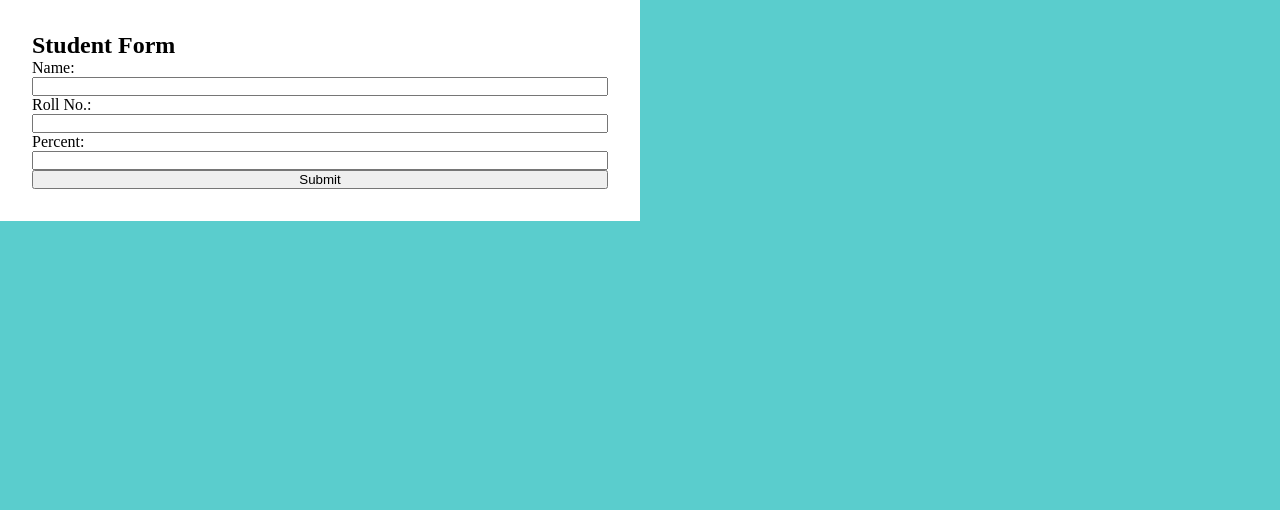
Repository: deeptimahisare1206/Todo_List
Page: http://localhost/Hib_Nest/
An editor plug-in stored every save of this project. The page is shown before and after the next save, followed by the edit.
The browser window is 1280 px wide. The pictures show the whole page.
The page is served by Tomcat 10. Other server files are loaded and not shown.

Above is the page before, as saved 2024-11-09 11:03:59.

### Hib_Nest/src/main/webapp/index.jsp
<%@ page language="java" contentType="text/html; charset=UTF-8"
	pageEncoding="UTF-8"%>
<html>
<head>
<style>
*{
margin:0;
padding:0;
box-sizing: border-box;

}
body {
	background-color: #5acdcd;
	gap: 2rem;
	height: 100vh;
}

div{
padding:2rem;
	background-color: white;
	height: fit-content;
	width:50vw;
}
form{
	display: flex;
	flex-direction: column;

}
</style>
</head>
<body>
<div>
	<h2>Student Form</h2>

	<form action="Register" method="get">
		<label>Name:</label><input type="text" name="name"><label>Roll
			No.: </label> <input type="number" name="roll"> <label>Percent:
		</label><input type="number" name="percent"> <input type="submit"
			value="Submit">
	</form>
	</div>
</body>
</html>

After the next save:
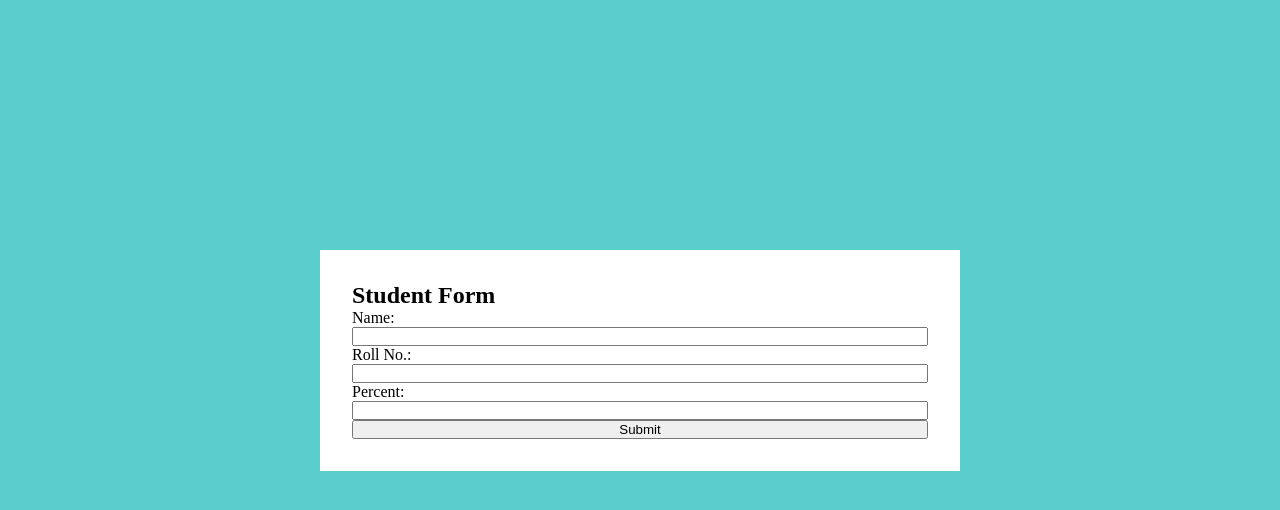
Saved 70 s later.
--- a/Hib_Nest/src/main/webapp/index.jsp
+++ b/Hib_Nest/src/main/webapp/index.jsp
@@ -10,6 +10,8 @@ box-sizing: border-box;
 
 }
 body {
+display:grid;
+place-items:center;
 	background-color: #5acdcd;
 	gap: 2rem;
 	height: 100vh;
